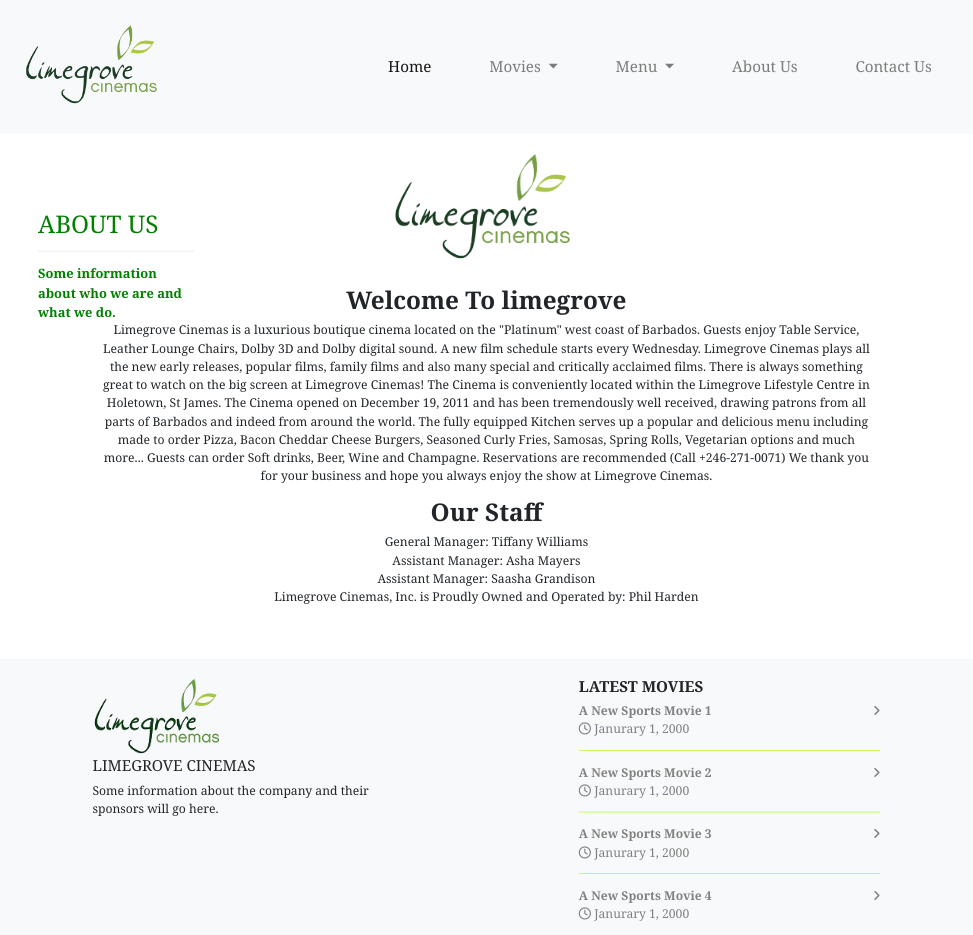
Repository: SimplyZacc/movie-web-template
Page: http://localhost/aboutus.php
The author's editor kept a copy of each file at every save. The page is drawn from the files as they stood at one save, then again after the next save.
The browser window is 1280 px wide. The pictures show the whole page, at 76% of full size.
Some web libraries are served in a nearby version. The page is run by PHP 8.4 with error messages shown; the project is at /var/www/html/.

Above is the page before, as saved 2020-06-28 22:36:00.

### aboutus.php
<?php
//set page vars
$title = "About Us";
//include page header
include "templates/header.php";
?>

<div class="contact-head">
    <div class="contact-head-body">
        <h2>ABOUT US</h2>
        <hr>
        <p>Some information about who we are and what we do.</p>
    </div>
</div>

<div class="about-body"  style="margin-bottom: 70px">
    <div class="about-body-inside">

        <h2 class="center bold">Welcome To limegrove</h2>
        <p class="center">
            Limegrove Cinemas is a luxurious boutique cinema located on the "Platinum" west coast of Barbados.

            Guests enjoy Table Service, Leather Lounge Chairs, Dolby 3D and Dolby digital sound.

            A new film schedule starts every Wednesday. Limegrove Cinemas plays all the new early releases, popular films, family films and also many special and critically acclaimed films. There is always something great to watch on the big screen at Limegrove Cinemas!

            The Cinema is conveniently located within the Limegrove Lifestyle Centre in Holetown, St James.

            The Cinema opened on December 19, 2011 and has been tremendously well received, drawing patrons from all parts of Barbados and indeed from around the world.

            The fully equipped Kitchen serves up a popular and delicious menu including made to order Pizza, Bacon Cheddar Cheese Burgers, Seasoned Curly Fries, Samosas, Spring Rolls, Vegetarian options and much more...

            Guests can order Soft drinks, Beer, Wine and Champagne.

            Reservations are recommended (Call +246-271-0071)

            We thank you for your business and hope you always enjoy the show at Limegrove Cinemas.
        </p>

        <h2 class="center bold">Our Staff</h2>
        <p class="center">
            General Manager: Tiffany Williams <br>
            Assistant Manager: Asha Mayers <br>
            Assistant Manager: Saasha Grandison <br>

            Limegrove Cinemas, Inc. is Proudly Owned and Operated by:
            Phil Harden
        </p>
    </div>
</div>

<?php include "templates/footer.php"; ?>

### templates/header.php
<?php
session_start();
?>
<!DOCTYPE html>
<html lang="en">

<head>
    <meta charset="UTF-8">
    <meta name="viewport" content="width=device-width, initial-scale=1.0">

    <title>
        <?php
        $default_header = "Limegrove Cinemas";
        if (isset($title)) {
            echo "Limegrove Cinemas - " . $title;
        } else {
            echo $default_header;
        }
        ?>
    </title>

    <!-- CSS -->
    <link rel="stylesheet" href="https://stackpath.bootstrapcdn.com/bootstrap/4.4.1/css/bootstrap.min.css" integrity="sha384-Vkoo8x4CGsO3+Hhxv8T/Q5PaXtkKtu6ug5TOeNV6gBiFeWPGFN9MuhOf23Q9Ifjh" crossorigin="anonymous">
    <link rel="stylesheet" href="assets/css/styles.css">
    <link rel="stylesheet" href="movie-web-template/assets/css/styles.css">

    <!-- JavaScript -->
    <script src="https://code.jquery.com/jquery-3.4.1.slim.min.js" integrity="sha384-J6qa4849blE2+poT4WnyKhv5vZF5SrPo0iEjwBvKU7imGFAV0wwj1yYfoRSJoZ+n" crossorigin="anonymous"></script>
    <script src="https://cdn.jsdelivr.net/npm/popper.js@1.16.0/dist/umd/popper.min.js" integrity="sha384-Q6E9RHvbIyZFJoft+2mJbHaEWldlvI9IOYy5n3zV9zzTtmI3UksdQRVvoxMfooAo" crossorigin="anonymous"></script>
    <script src="https://stackpath.bootstrapcdn.com/bootstrap/4.4.1/js/bootstrap.min.js" integrity="sha384-wfSDF2E50Y2D1uUdj0O3uMBJnjuUD4Ih7YwaYd1iqfktj0Uod8GCExl3Og8ifwB6" crossorigin="anonymous"></script>
    <script src="https://kit.fontawesome.com/e9662c41f5.js" crossorigin="anonymous"></script>

</head>

<body>

    <nav class="navbar navbar-expand-lg navbar-light bg-light">
        <button class="navbar-toggler" type="button" data-toggle="collapse" data-target="#navbarSupportedContent" aria-controls="navbarSupportedContent" aria-expanded="false" aria-label="Toggle navigation">
            <i class="fas fa-bars"></i>
        </button>

        <div class="collapse navbar-collapse" id="navbarSupportedContent">
            <ul class="navbar-nav mr-auto">
                <a class="navbar-brand" href="index.php"><img src="assets/images/lgcgreenlogo.png" alt="Cinema Logo" style="width: auto;height: 150px"></a>

            </ul>

            <ul class="navbar-nav navbar-right">

                <li class="nav-item active p-r-10">
                    <a class="nav-link" href="index.php">Home <span class="sr-only">(current)</span></a>
                </li>
                <li class="nav-item dropdown p-r-10">
                    <a class="nav-link dropdown-toggle" href="movie.php" id="navbarDropdown" role="button" data-toggle="dropdown" aria-haspopup="true" aria-expanded="false">
                        Movies
                    </a>
                    <div class="dropdown-menu" aria-labelledby="navbarDropdown">
                        <a class="dropdown-item" href="movie.php">Popular</a>
                        <a class="dropdown-item disabled" href="#">Recently Added</a>
                        <a class="dropdown-item disabled" href="#">Soon Added</a>
                    </div>
                </li>
                <li class="nav-item dropdown p-r-10">
                    <a class="nav-link dropdown-toggle" href="movie.php" id="navbarDropdown" role="button" data-toggle="dropdown" aria-haspopup="true" aria-expanded="false">
                        Menu
                    </a>
                    <div class="dropdown-menu" aria-labelledby="navbarDropdown">
                        <a class="dropdown-item" href="movie.php">Food</a>
                        <a class="dropdown-item disabled" href="#">Drinks</a>
                    </div>
                </li>

                <li class="nav-item ">
                    <a class="nav-link" href="aboutus.php">About Us</a>
                </li>

                <li class="nav-item p-r-10">
                    <a class="nav-link" href="contactus.php">Contact Us</a>
                </li>

                <!--
                <li class="nav-item p-r-10">
                    <a class="nav-link" href="blog.php">Blog</a>
                </li>
                -->
            </ul>

        </div>
    </nav>

### templates/footer.php
<footer class="page-footer font-small pt-4 bg-light">

    <div class="container-fluid text-center text-md-left">

        <div class="row">

            <div class="col-md-1"></div>

            <div class="col-sm-12 col-md-4 mt-md-0 mt-3">

                <img src="assets/images/lg-nbg.png" alt="">
                <h5 class="text-uppercase">Limegrove Cinemas</h5>
                <p style="height: 100px">Some information about the company and their sponsors will go here.</p>

            </div>

            <div class="col-2"></div>

            <hr class="clearfix w-100 d-md-none pb-3">

            <div class="col-md-4 col-sm-12 mb-md-0 mb-3">

                <h5 class="text-uppercase bold">Latest Movies</h5>

                <ul class="list-unstyled grey">
                    <li>
                        <a href="movie.php" class="footer-link">A New Sports Movie 1 <span style="float: right"><i class="fas fa-angle-right"></i></span></a>
                        <br>
                        <p><i class="far fa-clock"></i> Janurary 1, 2000</p>
                    </li>
                    <hr style="border-color: greenyellow;">
                    <li>
                        <a href="movie.php" class="footer-link">A New Sports Movie 2 <span style="float: right"><i class="fas fa-angle-right"></i></span></a>
                        <br>
                        <p><i class="far fa-clock"></i> Janurary 1, 2000</p>
                    </li>
                    <hr style="border-color: greenyellow;">
                    <li>
                        <a href="movie.php" class="footer-link">A New Sports Movie 3 <span style="float: right"><i class="fas fa-angle-right"></i></span></a>
                        <br>
                        <p><i class="far fa-clock"></i> Janurary 1, 2000</p>
                    </li>
                    <hr style="border-color: greenyellow;">
                    <li>
                        <a href="movie.php" class="footer-link">A New Sports Movie 4 <span style="float: right"><i class="fas fa-angle-right"></i></span></a>
                        <br>
                        <p><i class="far fa-clock"></i> Janurary 1, 2000</p>
                    </li>
                </ul>

            </div>

        </div>

    </div>

</footer>

</body>

</html>

### assets/css/styles.css
* {
    font-family: Cambria, Cochin, Georgia, Times, 'Times New Roman', serif;
}

.bold {
    font-weight: bold;
}

.center {
    text-align: center;
}

.hr {
    border-color: whitesmoke;
}

.grey {
    color: grey;
}

.margin-t-20 {
    margin-top: 20px;
}

.margin-b-20 {
    margin-bottom: 20px;
}

.footer-link {
    font-weight: bold;
    text-decoration: none;
    color: grey;
}

.footer-link:hover {
    text-decoration: none;
    color: #13df13;
    transition-duration: 0.5s;
}

.navbar-nav>li {
    padding-left: 30px;
    padding-right: 30px;
    font-size: 20px;
}


/****************************************** Contact Us Page ******************************************/

.contact-head {
    height: 100%;
    width: 100%;
    background-image: url('/assets/images/lgcgreenlogo.png');
    background-position-x: center;
    background-repeat: no-repeat;
    background-size: contain;
}

.contact-head-body {
    font-weight: bold;
    font-size: 17px;
    color: green;
    width: 20%;
    padding-left: 50px;
    padding-top: 100px;
    height: 200px;
}

.contact-body {
    margin-top: 75px;
    height: 700px;
    background-color: rgb(241, 241, 241);
}

.contact-body-sub {
    width: 90%;
    margin-left: auto;
    margin-right: auto;
}

.contact-right {
    float: right;
    width: 35%;
}

.contact-left {
    float: left;
    width: 65%;
}

.contact-card {
    margin-top: 30px;
}

.contact-form-info {
    margin-top: 30px;
    background-color: white;
    width: 80%;
}

.contact-form-info2 {
    padding-left: 30px;
}

.contact-form-text {
    padding-top: 10px;
}

.contact-form-button {
    margin-top: 20px;
    margin-bottom: 30px;
}

.contact-form-input {
    width: 80%;
    border: none;
    outline: none;
    border-bottom: 2px solid grey;
    background-color: transparent;
    cursor: default;
}

.contact-form-input:hover {
    border-bottom: 2px solid #13df13;
    transition-duration: 0.5s;
}

.contact-form-textbox {
    width: 80%;
    height: 200px;
    border: none;
    outline: none;
    border-bottom: 2px solid grey;
    background-color: transparent;
    cursor: default;
}

.contact-form-textbox:hover {
    border-bottom: 2px solid #13df13;
    transition-duration: 0.5s;
}


/****************************************** About Us Page ******************************************/

.about-body-inside {
    width: 80%;
    margin-left: auto;
    margin-right: auto;
}


/****************************************** Blog Page ******************************************/

.poster {
    border-radius: 50px;
    background-color: rgb(216, 216, 216);
    height: auto;
    width: 100%;
}

.poster-img {
    border-radius: 50px;
    margin-top: 10px;
    margin-bottom: 10px;
    width: 90% !important;
    height: 200px;
}

.blog-title {
    color: rgb(77, 75, 75);
    font-weight: bold;
    font-family: Arial, Helvetica, sans-serif;
    font-size: 22px;
}

.poster-txt {
    margin-left: 10px;
    margin-right: 10px;
}

.blog-info {
    font-size: 20px;
}

.blog-text {
    margin-top: 10px;
    margin-bottom: 10px;
    color: rgb(129, 129, 129);
    font-family: Arial, Helvetica, sans-serif;
}

.blog-button {
    width: 80%;
    height: 30px;
    margin-top: 10px;
    margin-bottom: 20px;
    border-radius: 50px;
    margin-left: auto;
    margin-right: auto;
    border: none;
    color: black;
}

.blog-button:hover {
    transition-duration: 1s;
    background-color: #13df13;
    color: white;
}


/****************************************** Blog Post Page ******************************************/

.blog-post {
    width: 100%;
    margin-bottom: 20px;
    margin-top: 20px;
}

.blog-post-img {
    width: 90%;
    height: auto;
    margin: auto;
    text-align: center;
}

.blog-post-header {
    width: 90%;
    text-align: center;
    margin: auto;
    font-weight: bolder;
    color: rgb(77, 75, 75);
    font-family: Arial, Helvetica, sans-serif;
}

.blog-post-info {
    text-align: center;
    width: 90%;
    margin: auto;
    color: rgb(129, 129, 129);
    font-family: Arial, Helvetica, sans-serif;
}

.blog-button2 {
    width: 80%;
    height: 30px;
    margin-top: 10px;
    margin-bottom: 20px;
    border-radius: 50px;
    border: none;
    color: black;
}

.blog-button2:hover {
    transition-duration: 1s;
    background-color: #13df13;
    color: white;
}


/****************************************** Movie Pages ******************************************/

.movie-border {
    width: 100%;
    margin-bottom: 20px;
    height: 300px;
}

.movie-inside {
    width: 95%;
    height: 90%;
    margin: 20px;
}

.movie-info-bottom {
    position: relative;
    bottom: 0;
}

After the next save:
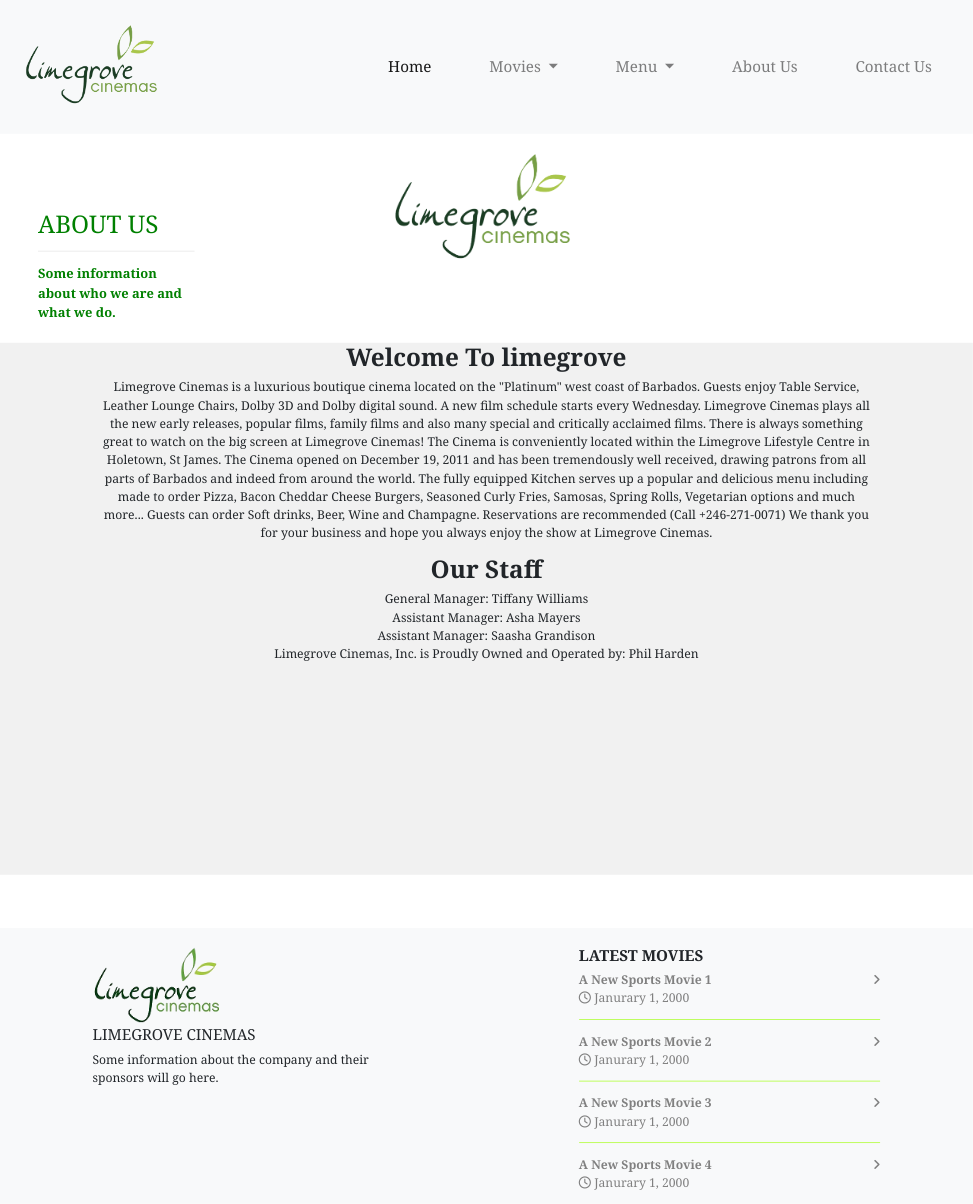
Saved 12 s later.
--- a/aboutus.php
+++ b/aboutus.php
@@ -13,7 +13,7 @@
     </div>
 </div>
 
-<div class="about-body"  style="margin-bottom: 70px">
+<div class="contact-body"  style="margin-bottom: 70px">
     <div class="about-body-inside">
 
         <h2 class="center bold">Welcome To limegrove</h2>

After the save that followed:
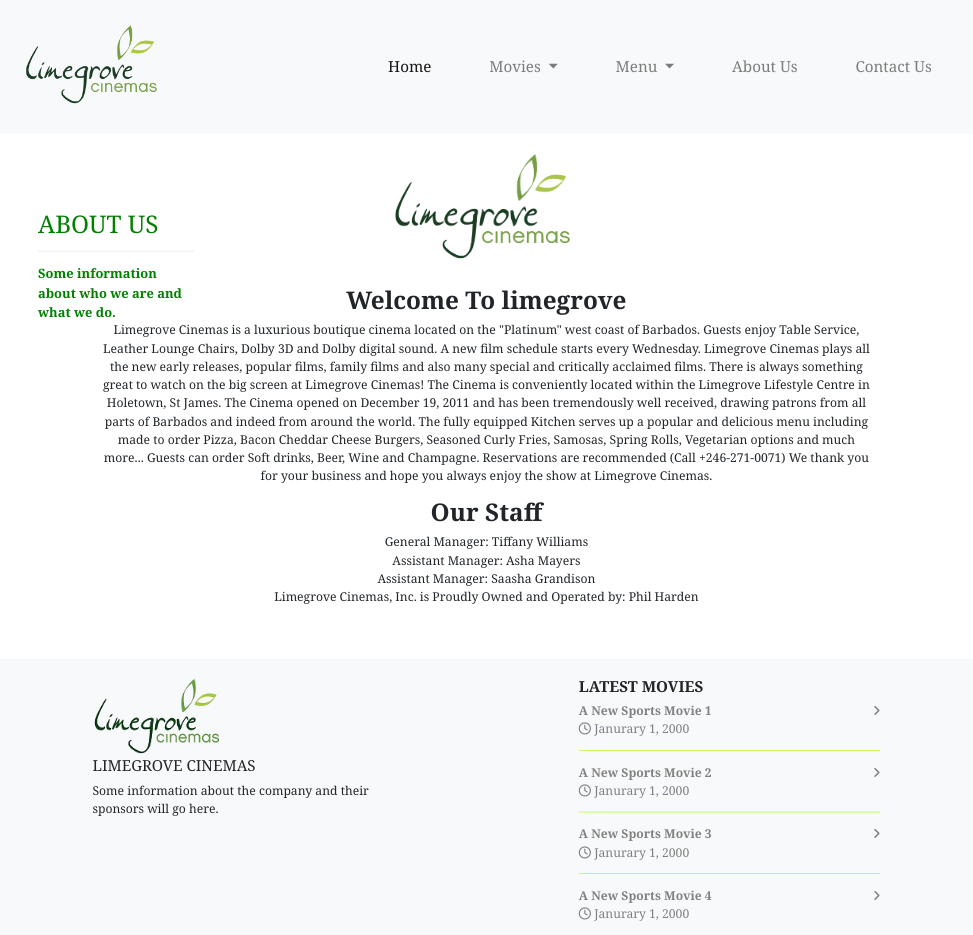
Saved 12 s later.
--- a/aboutus.php
+++ b/aboutus.php
@@ -13,7 +13,7 @@
     </div>
 </div>
 
-<div class="contact-body"  style="margin-bottom: 70px">
+<div class="about-body"  style="margin-bottom: 70px">
     <div class="about-body-inside">
 
         <h2 class="center bold">Welcome To limegrove</h2>
